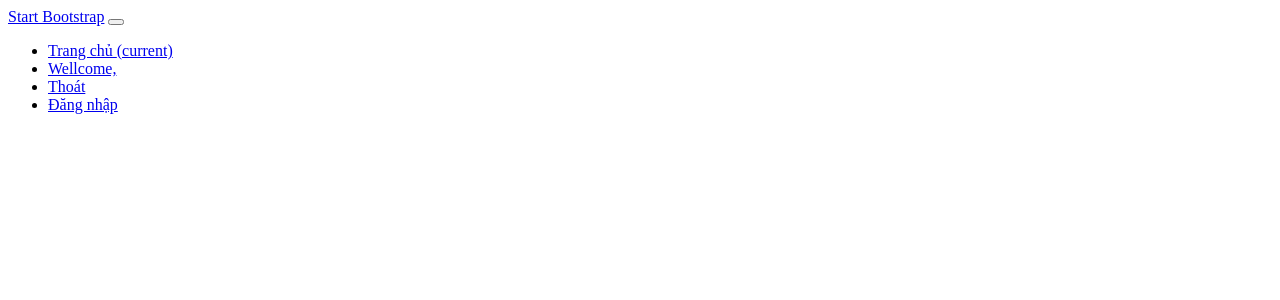
Repository: NgocTruong0701/Web_JSP_Servlet
Page: http://localhost/new-jdbc/common/web/header.jsp
These files come from the project's save history. The page is drawn as it stood at one moment and after the next save; the edit follows.
The browser window is 1280 px wide. The pictures show the whole page.
The page is served by Tomcat 9.

Above is the page before, as saved 2023-03-13 16:39:48.

After the next save:
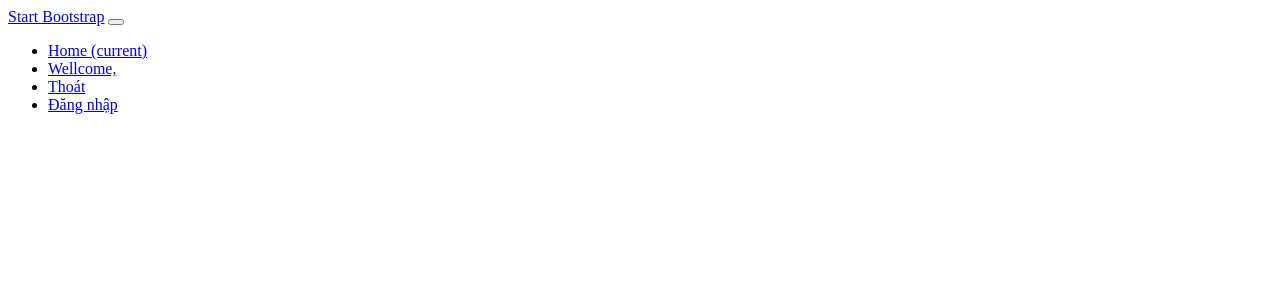
Saved 60 s later.
--- a/new-jdbc/src/main/webapp/common/web/header.jsp
+++ b/new-jdbc/src/main/webapp/common/web/header.jsp
@@ -11,8 +11,9 @@
 		</button>
 		<div class="collapse navbar-collapse" id="navbarResponsive">
 			<ul class="navbar-nav ml-auto">
-				<li class="nav-item active"><a class="nav-link" href="#">Trang
-						chủ <span class="sr-only">(current)</span>
+				<li class="nav-item active">
+					<a class="nav-link" href="#">Home
+					<span class="sr-only">(current)</span>
 				</a></li>
 				<c:if test="${not empty USERMODEL}">
 					<li class="nav-item"><a class="nav-link" href='#'>Wellcome,
